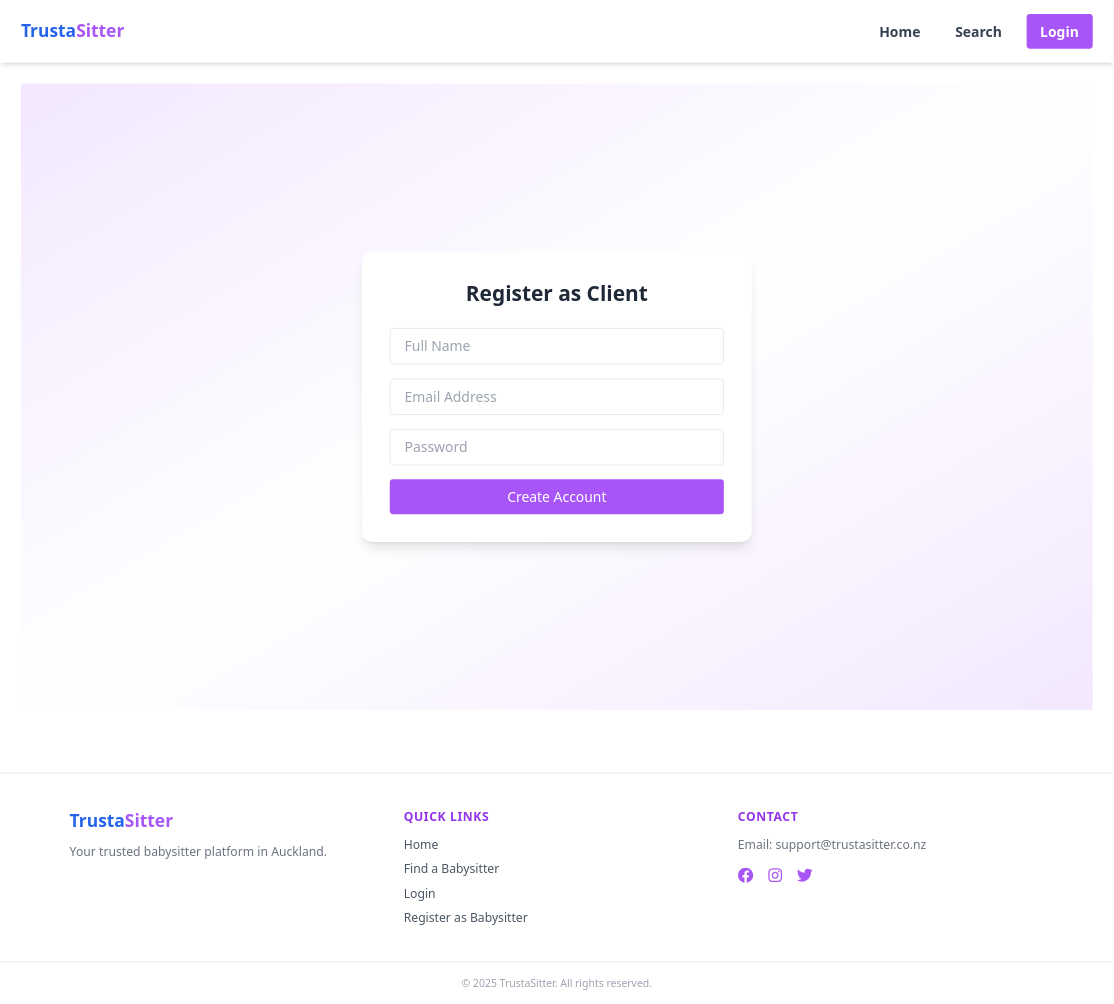
Repository: LargeWC-Code/TrustaSitter
Page: /register-client (app in trustasitter-frontend/)
The author's editor kept a copy of each file at every save. The page is drawn from the files as they stood at one save, then again after the next save.
The browser window is 1280 px wide. The pictures show the whole page, at 87% of full size.
The project was rebuilt for these pictures with package versions that can differ from the ones it lists, and the page was loaded fresh each time. Also part of the build but not shown: trustasitter-frontend/vite.config.js, trustasitter-frontend/src/pages/Home.jsx, trustasitter-frontend/src/pages/Search.jsx, trustasitter-frontend/src/pages/Login.jsx, trustasitter-frontend/src/pages/Bookings.jsx, trustasitter-frontend/src/pages/ChooseRole.jsx, trustasitter-frontend/src/pages/RegisterBabysitter.jsx, trustasitter-frontend/src/pages/HomeClient.jsx and 3 more.

Above is the page before, as saved 2025-07-01 00:01:20.

### trustasitter-frontend/index.html
<!doctype html>
<html lang="en">
  <head>
    <meta charset="UTF-8" />
    <link rel="icon" type="image/png" href="/image.png" />
    <meta name="viewport" content="width=device-width, initial-scale=1.0" />
    <title>TrustaSitter</title>
  </head>
  <body>
    <div id="root"></div>
    <script type="module" src="/src/main.jsx"></script>
  </body>
</html>

### trustasitter-frontend/src/main.jsx
import React from 'react';
import ReactDOM from 'react-dom/client';
import App from './App';
import './index.css'; // Importing global styles
import { BrowserRouter } from 'react-router-dom';
import { AuthProvider } from './context/AuthContext';

ReactDOM.createRoot(document.getElementById('root')).render(
  <React.StrictMode>
    <AuthProvider>
        <App />
      </AuthProvider>
    </React.StrictMode>
);

### trustasitter-frontend/src/App.jsx
// App.jsx – Router setup with Navbar
import React from 'react';
import { BrowserRouter as Router, Routes, Route } from 'react-router-dom';

import Navbar from './components/Navbar'; // Importing the Navbar component
import Footer from './components/Footer'; // Importing the Footer component
import Home from './pages/Home';  // Importing the Home component
import Search from './pages/Search';  // Importing the Search component
import Login from './pages/Login';  // Importing the Login component
import Bookings from './pages/Bookings';    // Importing the Bookings component
import ChooseRole from './pages/ChooseRole';  // Importing the ChooseRole component
import RegisterBabysitter from './pages/RegisterBabysitter'; // Importing the RegisterBabysitter component
import RegisterClient from './pages/RegisterClient'; // Importing the RegisterClient component
import  HomeClient from './pages/HomeClient'; // Importing the HomeClient component
import HomeBabysitter from './pages/HomeBabysitter'; // Importing the HomeBabysitter component
import ProfileBabysitter from "./pages/ProfileBabysitter"; // Importing the ProfileBabysitter component
import ScrollToTop from './components/ScrollToTop'; // Importing the ScrollToTop component
import ProfileClient from './pages/ProfileClient';

const App = () => {
  return (
    <Router>
      <ScrollToTop />
      <Navbar />
      <div className="p-6">
        <Routes>
          <Route path="/homeclient" element={<HomeClient />} />
          <Route path="/register-client" element={<RegisterClient />} />
          <Route path="/home-babysitter" element={<HomeBabysitter />} />
          <Route path="/" element={<Home />} />
          <Route path="/search" element={<Search />} />
          <Route path="/login" element={<Login />} />
          <Route path="/bookings" element={<Bookings />} />
          <Route path="/choose-role" element={<ChooseRole />} />
          <Route path="/register-babysitter" element={<RegisterBabysitter />} />
          <Route path="/profile" element={<ProfileBabysitter />} />
          <Route path="/profile-client" element={<ProfileClient />} />
        </Routes>
      </div>
      <Footer />
    </Router>
  );
};

export default App;

### trustasitter-frontend/src/context/AuthContext.jsx
import React, { createContext, useState, useEffect } from "react";

export const AuthContext = createContext();

export const AuthProvider = ({ children }) => {
  const [user, setUser] = useState(null);
  const [token, setToken] = useState(null);
  const [role, setRole] = useState(null); // <- novo estado

  useEffect(() => {
    const storedToken = localStorage.getItem("token");
    const storedUser = localStorage.getItem("user");
    const storedRole = localStorage.getItem("role");
    if (storedToken && storedUser) {
      setToken(storedToken);
      setUser(JSON.parse(storedUser));
      setRole(storedRole);
    }
  }, []);

  const login = (data) => {
    setToken(data.token);
    setUser(data.user);
    setRole(data.role); // salva role
    localStorage.setItem("token", data.token);
    localStorage.setItem("user", JSON.stringify(data.user));
    localStorage.setItem("role", data.role);
  };

  const logout = () => {
    setToken(null);
    setUser(null);
    setRole(null);
    localStorage.removeItem("token");
    localStorage.removeItem("user");
    localStorage.removeItem("role");
  };

  return (
    <AuthContext.Provider value={{ user, token, role, login, logout }}>
      {children}
    </AuthContext.Provider>
  );
};

### trustasitter-frontend/src/components/Navbar.jsx
import React, { useContext } from "react";
import { Link, useNavigate } from "react-router-dom";
import { AuthContext } from "../context/AuthContext";

function Navbar() {
  const { user, role, logout } = useContext(AuthContext);
  const navigate = useNavigate();

  const handleLogout = () => {
    logout();
    navigate("/");
  };

  return (
    <nav className="bg-white shadow-md px-6 py-4 flex justify-between items-center">
      {/* Logo */}
      <div className="text-xl font-bold">
        <Link to="/" className="text-xl font-bold">
          <span className="text-blue-600">Trusta</span>
          <span className="text-purple-500">Sitter</span>
        </Link>
      </div>

      {/* Navigation Links */}
      <div className="flex items-center gap-4">
        <Link
          to="/"
          className="text-gray-700 font-semibold px-3 py-2 rounded hover:bg-purple-50 hover:text-purple-600 transition"
        >
          Home
        </Link>
        <Link
          to="/search"
          className="text-gray-700 font-semibold px-3 py-2 rounded hover:bg-purple-50 hover:text-purple-600 transition"
        >
          Search
        </Link>

        {!user && (
          <Link
            to="/login"
            className="bg-purple-500 hover:bg-purple-600 text-white font-semibold px-4 py-2 rounded transition"
          >
            Login
          </Link>
        )}

        {user && (
          <>
            {/* Dashboard link based on role */}
            <Link
              to={role === "user" ? "/homeclient" : "/home-babysitter"}
              className="text-gray-700 font-semibold px-3 py-2 rounded hover:bg-purple-50 hover:text-purple-600 transition"
            >
              Dashboard
            </Link>

            {/* Profile link based on role */}
            <Link
              to={role === "user" ? "/profile-client" : "/profile"}
              className="text-gray-700 font-semibold px-3 py-2 rounded hover:bg-purple-50 hover:text-purple-600 transition"
            >
              My Profile
            </Link>

            <button
              onClick={handleLogout}
              className="bg-red-500 hover:bg-red-600 text-white font-semibold px-4 py-2 rounded transition"
            >
              Logout
            </button>
          </>
        )}
      </div>
    </nav>
  );
}

export default Navbar;

### trustasitter-frontend/src/components/Footer.jsx
import React from 'react';
import { Link } from 'react-router-dom';
import { FaFacebook, FaInstagram, FaTwitter } from 'react-icons/fa';

const Footer = () => {
  return (
    <footer className="bg-white border-t mt-12">
      <div className="max-w-6xl mx-auto px-4 py-10 grid md:grid-cols-3 gap-8 text-sm text-gray-600">
        {/* Logo and description */}
        <div>
          <h2 className="text-xl font-bold mb-3">
            <span className="text-blue-600">Trusta</span>
            <span className="text-purple-500">Sitter</span>
          </h2>
          <p className="text-gray-500">Your trusted babysitter platform in Auckland.</p>
        </div>

        {/* Quick Links */}
        <div>
          <h3 className="font-semibold mb-3 text-purple-600 uppercase tracking-wider">Quick Links</h3>
          <ul className="space-y-2">
            <li>
              <Link
                to="/"
                onClick={() => window.scrollTo(0, 0)}
                className="hover:underline hover:text-purple-600 transition"
              >
                Home
              </Link>
            </li>
            <li>
              <Link
                to="/search"
                onClick={() => window.scrollTo(0, 0)}
                className="hover:underline hover:text-purple-600 transition"
              >
                Find a Babysitter
              </Link>
            </li>
            <li>
              <Link
                to="/login"
                onClick={() => window.scrollTo(0, 0)}
                className="hover:underline hover:text-purple-600 transition"
              >
                Login
              </Link>
            </li>
            <li>
              <Link
                to="/register-babysitter"
                onClick={() => window.scrollTo(0, 0)}
                className="hover:underline hover:text-purple-600 transition"
              >
                Register as Babysitter
              </Link>
            </li>
          </ul>
        </div>

        {/* Contact and socials */}
        <div>
          <h3 className="font-semibold mb-3 text-purple-600 uppercase tracking-wider">Contact</h3>
          <p className="text-gray-500">Email: support@trustasitter.co.nz</p>
          <div className="flex space-x-4 mt-4">
            <a href="#" className="text-purple-500 hover:text-purple-700 transition">
              <FaFacebook size={18} />
            </a>
            <a href="#" className="text-purple-500 hover:text-purple-700 transition">
              <FaInstagram size={18} />
            </a>
            <a href="#" className="text-purple-500 hover:text-purple-700 transition">
              <FaTwitter size={18} />
            </a>
          </div>
        </div>
      </div>
      <div className="text-center text-xs text-gray-400 py-4 border-t">
        © {new Date().getFullYear()} TrustaSitter. All rights reserved.
      </div>
    </footer>
  );
};

export default Footer;

### trustasitter-frontend/src/pages/RegisterClient.jsx
// src/pages/RegisterClient.jsx

import React, { useState } from "react";
import { useNavigate } from "react-router-dom";
import { registerClient } from "../services/api";

const RegisterClient = () => {
  const navigate = useNavigate();

  // Form state
  const [formData, setFormData] = useState({
    name: "",
    email: "",
    password: "",
  });

  // UI state
  const [error, setError] = useState("");
  const [success, setSuccess] = useState("");

  // Handle input changes
  const handleChange = (e) => {
    const { name, value } = e.target;
    setFormData((prev) => ({ ...prev, [name]: value }));
  };

  // Handle form submission
  const handleSubmit = async (e) => {
    e.preventDefault();
    setError("");
    setSuccess("");

    // Validate fields
    if (!formData.name || !formData.email || !formData.password) {
      setError("All fields are required.");
      return;
    }

    try {
      // Call the API to register the client
      await registerClient(formData);

      setSuccess("Account created successfully! Redirecting to login...");

      // Redirect after a delay
      setTimeout(() => navigate("/login"), 2000);
    } catch (err) {
      console.error(err);
      setError(
        err.response?.data?.error ||
          "Failed to create account. Please try again."
      );
    }
  };

  return (
    <main className="flex items-center justify-center min-h-screen bg-gradient-to-br from-purple-100 via-white to-purple-100">
      <div className="w-full max-w-md p-8 bg-white rounded-xl shadow-lg">
        <h2 className="text-2xl font-bold text-center mb-6 text-gray-800">
          Register as Client
        </h2>

        {/* Display error */}
        {error && (
          <p className="mb-4 text-red-500 text-center">{error}</p>
        )}

        {/* Display success */}
        {success && (
          <p className="mb-4 text-green-600 text-center">{success}</p>
        )}

        {/* Form */}
        <form onSubmit={handleSubmit} className="space-y-4">
          <input
            type="text"
            name="name"
            value={formData.name}
            onChange={handleChange}
            placeholder="Full Name"
            className="w-full px-4 py-2 border rounded focus:outline-none"
          />

          <input
            type="email"
            name="email"
            value={formData.email}
            onChange={handleChange}
            placeholder="Email Address"
            className="w-full px-4 py-2 border rounded focus:outline-none"
          />

          <input
            type="password"
            name="password"
            value={formData.password}
            onChange={handleChange}
            placeholder="Password"
            className="w-full px-4 py-2 border rounded focus:outline-none"
          />

          <button
            type="submit"
            className="w-full bg-purple-500 hover:bg-purple-600 text-white py-2 rounded transition"
          >
            Create Account
          </button>
        </form>
      </div>
    </main>
  );
};

export default RegisterClient;

### trustasitter-frontend/src/components/ScrollToTop.jsx
import { useEffect } from "react";
import { useLocation } from "react-router-dom";

export default function ScrollToTop() {
  const { pathname } = useLocation();

  useEffect(() => {
    window.scrollTo(0, 0);
  }, [pathname]);

  return null;
}
// This component will scroll to the top of the page whenever the pathname changes.

### trustasitter-frontend/src/services/api.js
import axios from "axios";

// Create an axios instance with default config
const api = axios.create({
  baseURL: "http://localhost:3000/api", // Base URL for the API
});

// Function to log in user
export const loginUser = async (email, password) => {
  const response = await api.post("/users/login", {
    email,
    password,
  });
  return response.data; // contains { message, token, user }
};

// Function to log in babysitter
export const loginBabysitter = async (email, password) => {
  const response = await api.post("/babysitters/login", {
    email,
    password,
  });
  return response.data;
};
// Universal login for users and babysitters
export const loginUniversal = async (email, password) => {
  const response = await api.post("/login", {
    email,
    password,
  });
  return response.data; // contains { message, token, role, user }
};
// Function to change babysitter password
export const changeBabysitterPassword = async (token, currentPassword, newPassword) => {
  const response = await api.put(
    "/babysitters/change-password",
    { currentPassword, newPassword },
    {
      headers: {
        Authorization: `Bearer ${token}`,
      },
    }
  );
  return response.data;
};
// Function to change user password
export const updateClientProfile = async (data, token) => {
  const response = await api.put("/users/profile", data, {
    headers: { Authorization: `Bearer ${token}` },
  });
  return response.data;
};

export const deleteClientAccount = async (token) => {
  const response = await api.delete("/users/profile", {
    headers: { Authorization: `Bearer ${token}` },
  });
  return response.data;
};

export const registerClient = async (data) => {
  const response = await api.post("/users/register", data);
  return response.data;
};

Loaded but not shown: trustasitter-frontend/src/index.css (common file); trustasitter-frontend/tailwind.config.js (common file)

After the next save:
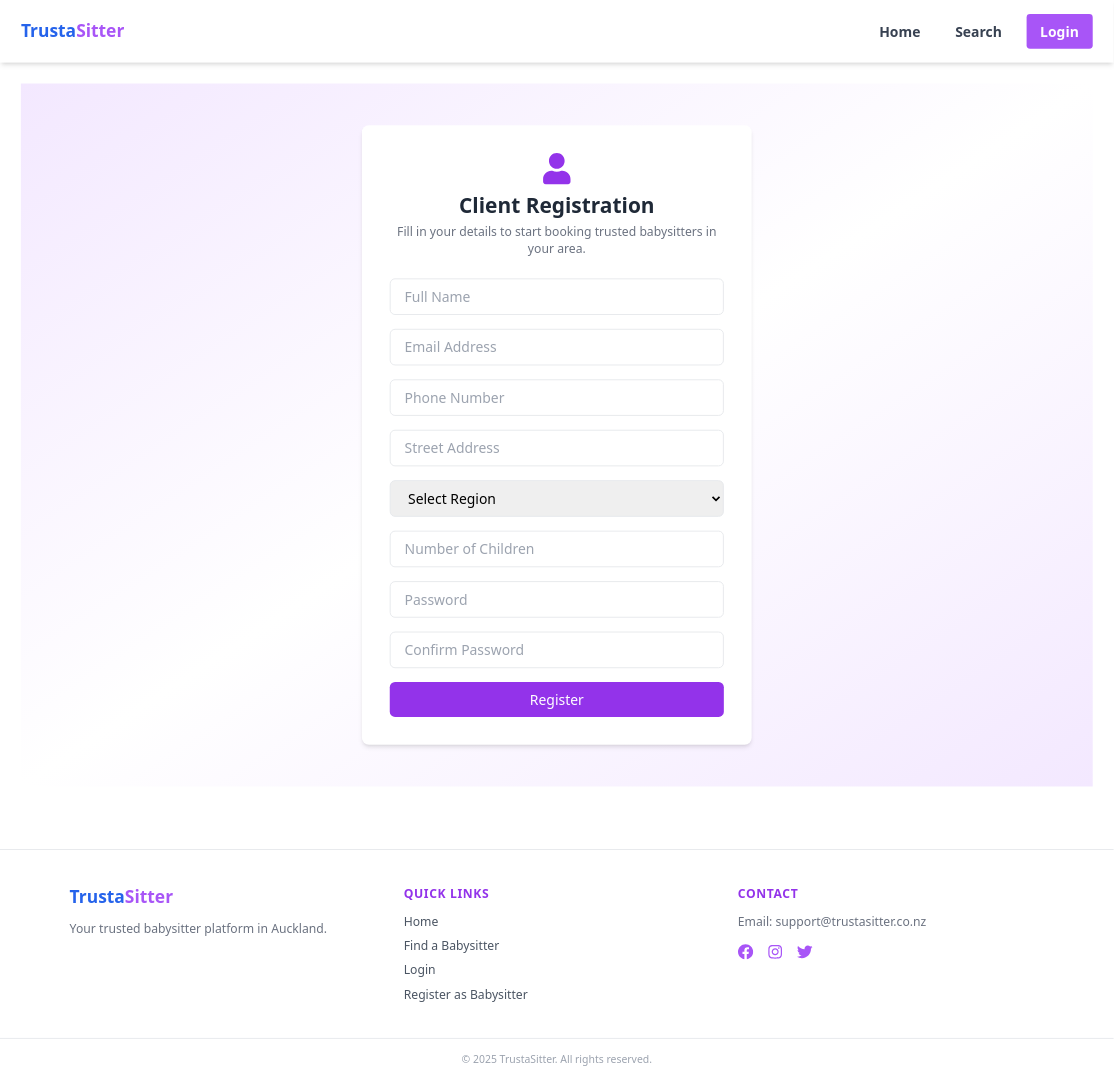
Saved 11 min 55 s later.
--- a/trustasitter-frontend/src/pages/RegisterClient.jsx
+++ b/trustasitter-frontend/src/pages/RegisterClient.jsx
@@ -1,7 +1,7 @@
 // src/pages/RegisterClient.jsx
-
 import React, { useState } from "react";
 import { useNavigate } from "react-router-dom";
+import { FaUser } from "react-icons/fa";
 import { registerClient } from "../services/api";
 
 const RegisterClient = () => {
@@ -11,66 +11,92 @@ const RegisterClient = () => {
   const [formData, setFormData] = useState({
     name: "",
     email: "",
+    phone: "",
+    address: "",
+    region: "",
+    children: "",
     password: "",
+    confirmPassword: "",
   });
 
-  // UI state
+  // Success and error messages
+  const [success, setSuccess] = useState("");
   const [error, setError] = useState("");
-  const [success, setSuccess] = useState("");
 
-  // Handle input changes
+  // Handle field change
   const handleChange = (e) => {
     const { name, value } = e.target;
     setFormData((prev) => ({ ...prev, [name]: value }));
   };
 
-  // Handle form submission
+  // Handle form submit
   const handleSubmit = async (e) => {
     e.preventDefault();
     setError("");
     setSuccess("");
 
-    // Validate fields
-    if (!formData.name || !formData.email || !formData.password) {
-      setError("All fields are required.");
+    // Validate required fields
+    if (
+      !formData.name ||
+      !formData.email ||
+      !formData.password ||
+      !formData.confirmPassword
+    ) {
+      setError("Please fill in all required fields.");
+      return;
+    }
+
+    // Validate passwords match
+    if (formData.password !== formData.confirmPassword) {
+      setError("Passwords do not match.");
       return;
     }
 
     try {
-      // Call the API to register the client
-      await registerClient(formData);
+      // Call API to register client
+      await registerClient({
+        name: formData.name,
+        email: formData.email,
+        password: formData.password,
+        phone: formData.phone,
+        address: formData.address,
+        region: formData.region,
+        children: formData.children,
+      });
 
       setSuccess("Account created successfully! Redirecting to login...");
-
-      // Redirect after a delay
       setTimeout(() => navigate("/login"), 2000);
     } catch (err) {
       console.error(err);
       setError(
-        err.response?.data?.error ||
-          "Failed to create account. Please try again."
+        err.response?.data?.error || "Failed to create account. Please try again."
       );
     }
   };
 
   return (
-    <main className="flex items-center justify-center min-h-screen bg-gradient-to-br from-purple-100 via-white to-purple-100">
-      <div className="w-full max-w-md p-8 bg-white rounded-xl shadow-lg">
-        <h2 className="text-2xl font-bold text-center mb-6 text-gray-800">
-          Register as Client
-        </h2>
+    <div className="flex items-center justify-center min-h-screen bg-gradient-to-br from-purple-100 via-white to-purple-100 px-4 py-12">
+      <div className="bg-white p-8 rounded-lg shadow-md w-full max-w-md">
+        {/* Icon and title */}
+        <div className="flex flex-col items-center mb-6">
+          <FaUser className="text-purple-600 text-4xl mb-2" />
+          <h2 className="text-2xl font-bold text-gray-800">Client Registration</h2>
+          <p className="text-sm text-gray-500 text-center mt-1">
+            Fill in your details to start booking trusted babysitters in your area.
+          </p>
+        </div>
 
-        {/* Display error */}
+        {/* Success message */}
+        {success && (
+          <p className="mb-4 text-green-600 text-center">{success}</p>
+        )}
+
+        {/* Error message */}
         {error && (
           <p className="mb-4 text-red-500 text-center">{error}</p>
         )}
 
-        {/* Display success */}
-        {success && (
-          <p className="mb-4 text-green-600 text-center">{success}</p>
-        )}
-
-        {/* Form */}
+        {/* Registration form */}
         <form onSubmit={handleSubmit} className="space-y-4">
           <input
             type="text"
@@ -78,36 +104,79 @@ const RegisterClient = () => {
             value={formData.name}
             onChange={handleChange}
             placeholder="Full Name"
-            className="w-full px-4 py-2 border rounded focus:outline-none"
+            className="w-full px-4 py-2 border rounded-md focus:outline-none"
           />
-
           <input
             type="email"
             name="email"
             value={formData.email}
             onChange={handleChange}
             placeholder="Email Address"
-            className="w-full px-4 py-2 border rounded focus:outline-none"
+            className="w-full px-4 py-2 border rounded-md focus:outline-none"
           />
-
+          <input
+            type="text"
+            name="phone"
+            value={formData.phone}
+            onChange={handleChange}
+            placeholder="Phone Number"
+            className="w-full px-4 py-2 border rounded-md focus:outline-none"
+          />
+          <input
+            type="text"
+            name="address"
+            value={formData.address}
+            onChange={handleChange}
+            placeholder="Street Address"
+            className="w-full px-4 py-2 border rounded-md focus:outline-none"
+          />
+          <select
+            name="region"
+            value={formData.region}
+            onChange={handleChange}
+            className="w-full px-4 py-2 border rounded-md focus:outline-none"
+          >
+            <option value="">Select Region</option>
+            <option value="Central">Central</option>
+            <option value="East">East</option>
+            <option value="West">West</option>
+            <option value="North">North</option>
+            <option value="South">South</option>
+          </select>
+          <input
+            type="number"
+            name="children"
+            value={formData.children}
+            onChange={handleChange}
+            placeholder="Number of Children"
+            className="w-full px-4 py-2 border rounded-md focus:outline-none"
+          />
           <input
             type="password"
             name="password"
             value={formData.password}
             onChange={handleChange}
             placeholder="Password"
-            className="w-full px-4 py-2 border rounded focus:outline-none"
+            className="w-full px-4 py-2 border rounded-md focus:outline-none"
+          />
+          <input
+            type="password"
+            name="confirmPassword"
+            value={formData.confirmPassword}
+            onChange={handleChange}
+            placeholder="Confirm Password"
+            className="w-full px-4 py-2 border rounded-md focus:outline-none"
           />
 
           <button
             type="submit"
-            className="w-full bg-purple-500 hover:bg-purple-600 text-white py-2 rounded transition"
+            className="w-full bg-purple-600 text-white py-2 rounded-md hover:bg-purple-700"
           >
-            Create Account
+            Register
           </button>
         </form>
       </div>
-    </main>
+    </div>
   );
 };
 
